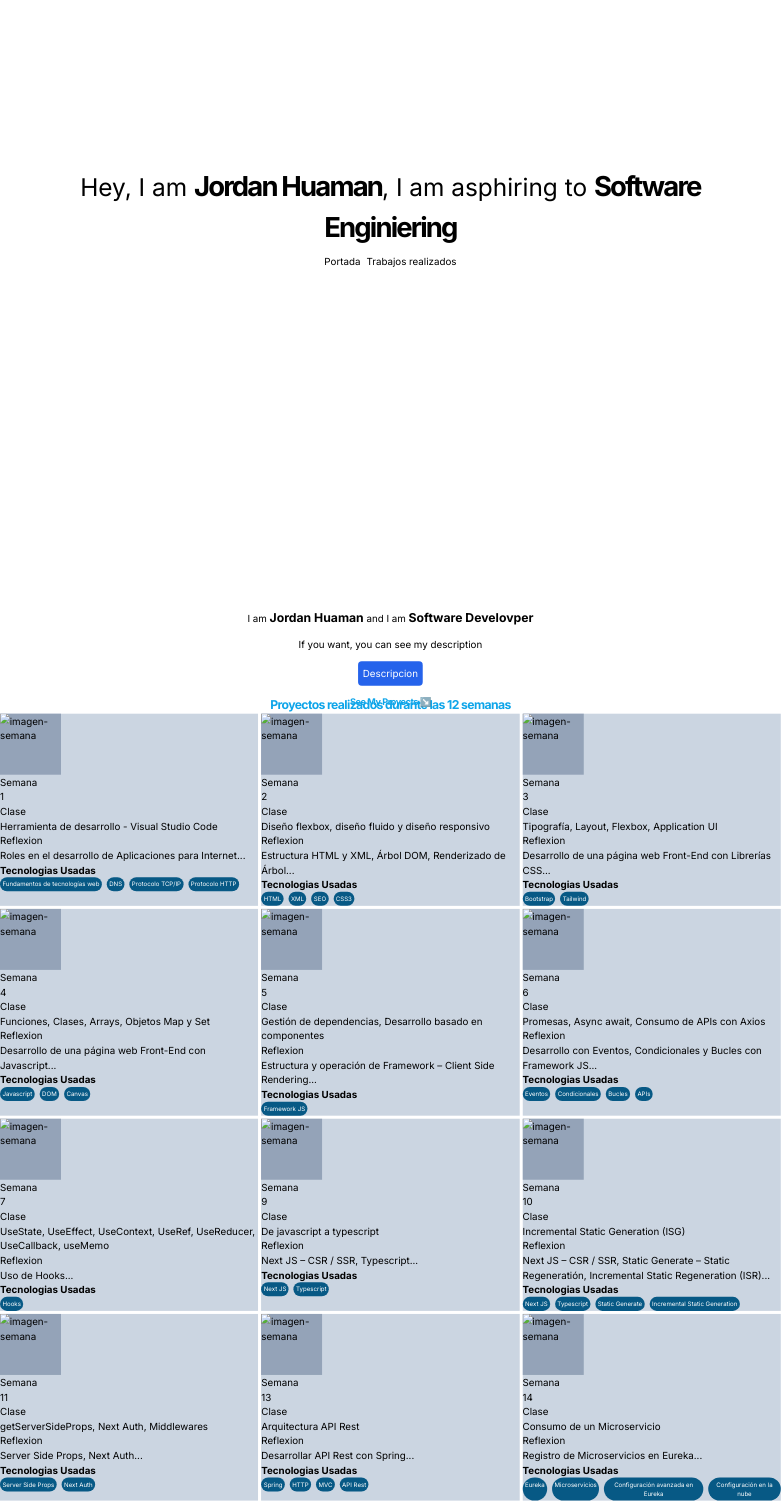
Repository: devsecops-node/portafolio-nextj-pages
Page: /
An editor plug-in stored every save of this project. The page is shown before and after the next save, followed by the edit.
The browser window is 1280 px wide. The pictures show the whole page, at 61% of full size.
The project was rebuilt for these pictures with package versions that can differ from the ones it lists, and the page was loaded fresh each time. The framework's server and built-in components were replaced by stand-ins that run in the browser. Also part of the build but not shown: next.config.js, src/components/Modal.jsx, src/styles/transitionPage.module.css.

Above is the page before, as saved 2024-01-15 04:53:00.

After the next save:
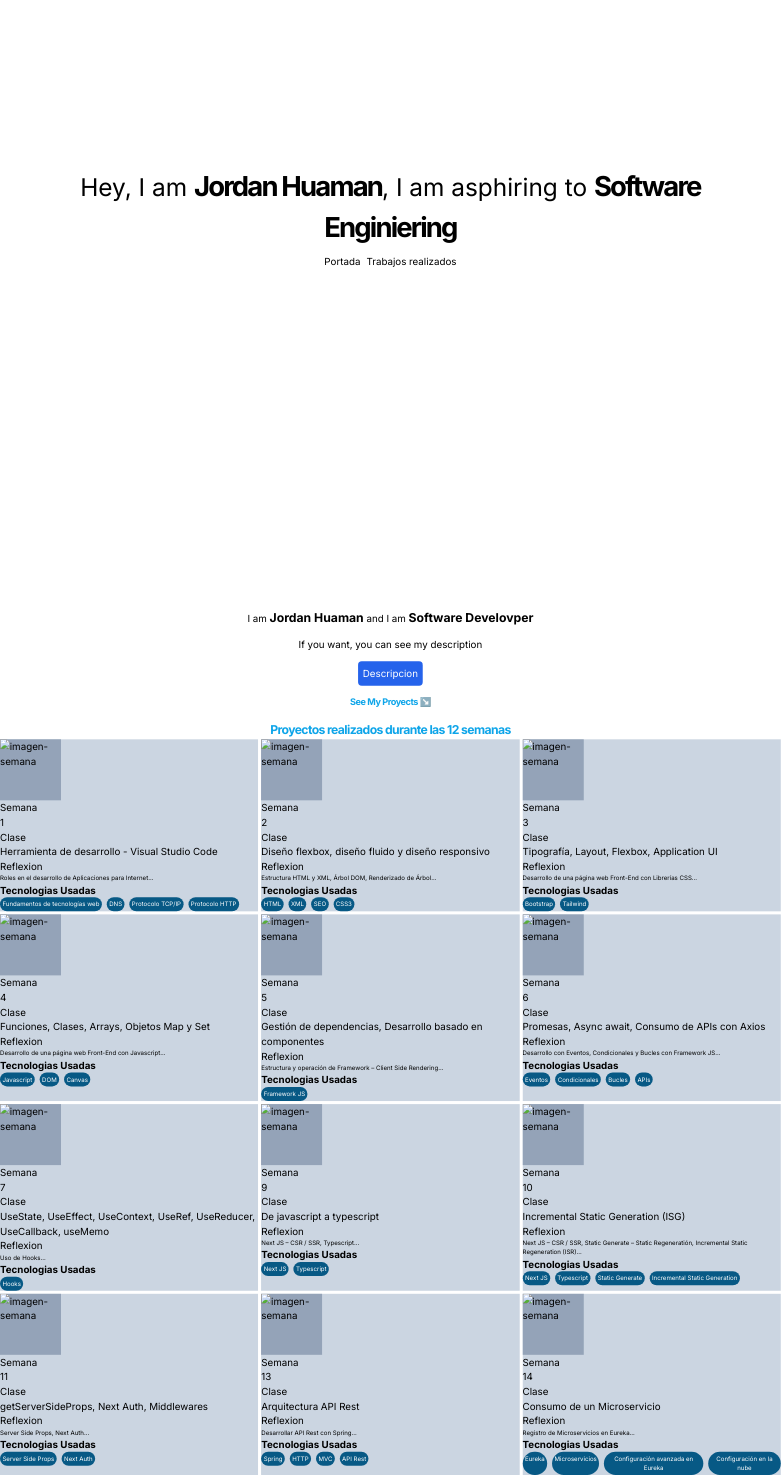
Saved 14 s later.
--- a/src/components/Card.jsx
+++ b/src/components/Card.jsx
@@ -14,7 +14,7 @@ const Card = ({ proyect }) => {
       </div>
       <div>
         <p>Reflexion</p>
-        <p className=''>{proyect.reflexion}...</p>
+        <p className='text-[10px]'>{proyect.reflexion}...</p>
       </div>
       <div>
         <p className='font-bold'>Tecnologias Usadas</p>
